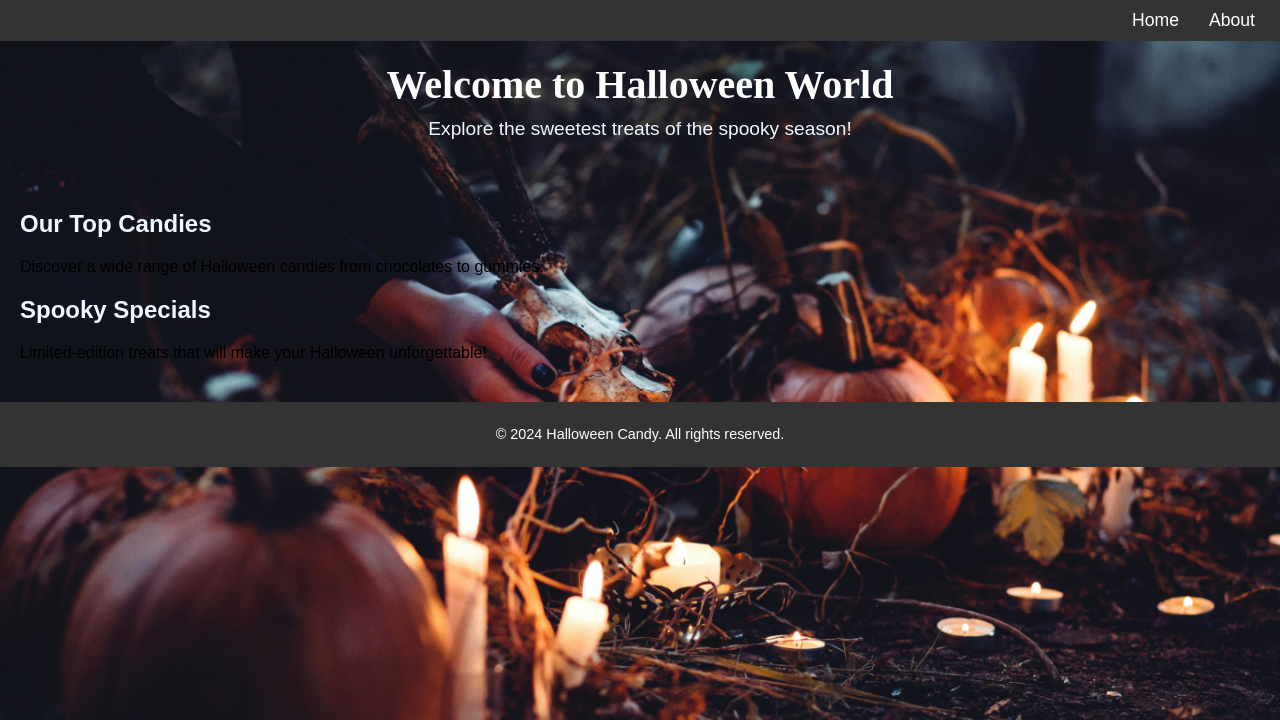
Repository: monicaifijeh/test2
Page: kyportfolio/src/indexHallo.html
The author's editor kept a copy of each file at every save. The page is drawn from the files as they stood at one save, then again after the next save.
The browser window is 1280 px wide. The pictures show the whole page.

Above is the page before, as saved 2024-12-20 17:35:30.

### kyportfolio/src/indexHallo.html
<!DOCTYPE html>
<html lang="en">
  <head>
    <meta charset="UTF-8" />
    <meta name="viewport" content="width=device-width, initial-scale=1.0" />
    <title>Halloween Candy</title>
    <link rel="stylesheet" href="kystyle.css" />
  </head>
  <body>
    <nav>
      <ul>
        <li><a href="indexHallo.html">Home</a></li>
        <li><a href="aboutHallo.html">About</a></li>
      </ul>
    </nav>
    <header>
      <h1>Welcome to Halloween World</h1>
      <p>Explore the sweetest treats of the spooky season!</p>
    </header>
    <main>
      <section class="intro">
        <h2>Our Top Candies</h2>
        <p>
          Discover a wide range of Halloween candies from chocolates to gummies.
        </p>
      </section>
      <section>
        <h2>Spooky Specials</h2>
        <p>
          Limited-edition treats that will make your Halloween unforgettable!
        </p>
      </section>
    </main>
    <footer>
      <p>&copy; 2024 Halloween Candy. All rights reserved.</p>
    </footer>
  </body>
</html>

### kyportfolio/src/kystyle.css
body {
    font-family: Arial, sans-serif;
    margin: 0;
    padding: 0;
background-image: url("/kyportfolio/images/freestocks-twVS-YjQn9Y-unsplash.jpg");
background-repeat: no-repeat;
background-size: cover;
}

header {
    text-align: center;
    padding: 20px;

}

header h1 {
    margin: 0;
    font-size: 2.5rem;
   color: #fff;
   font-family: fantasy;
}
h2{
    color: aliceblue;
    text-justify: auto;
}

header p {
    color: aliceblue;
    margin: 10px 0;
    font-size: 1.2rem;
}

nav ul {
    display: flex;
    justify-content: right;
    list-style: none;
    padding: 10px;
    background-color: #333;
    margin: 0;
}

nav ul li {
    margin: 0 15px;
}

nav ul li a {
    text-decoration: none;
    color: #fff;
    font-size: 1.1rem;
}

nav ul li a:hover {
    text-decoration: underline;
}

main {
    padding: 20px;
}

section {
    margin-bottom: 20px;
}

footer {
    position:relative;
    text-align: center;
    padding: 10px;
    background-color: #333;
    color: #fff;
    font-size: 0.9rem;

}

After the next save:
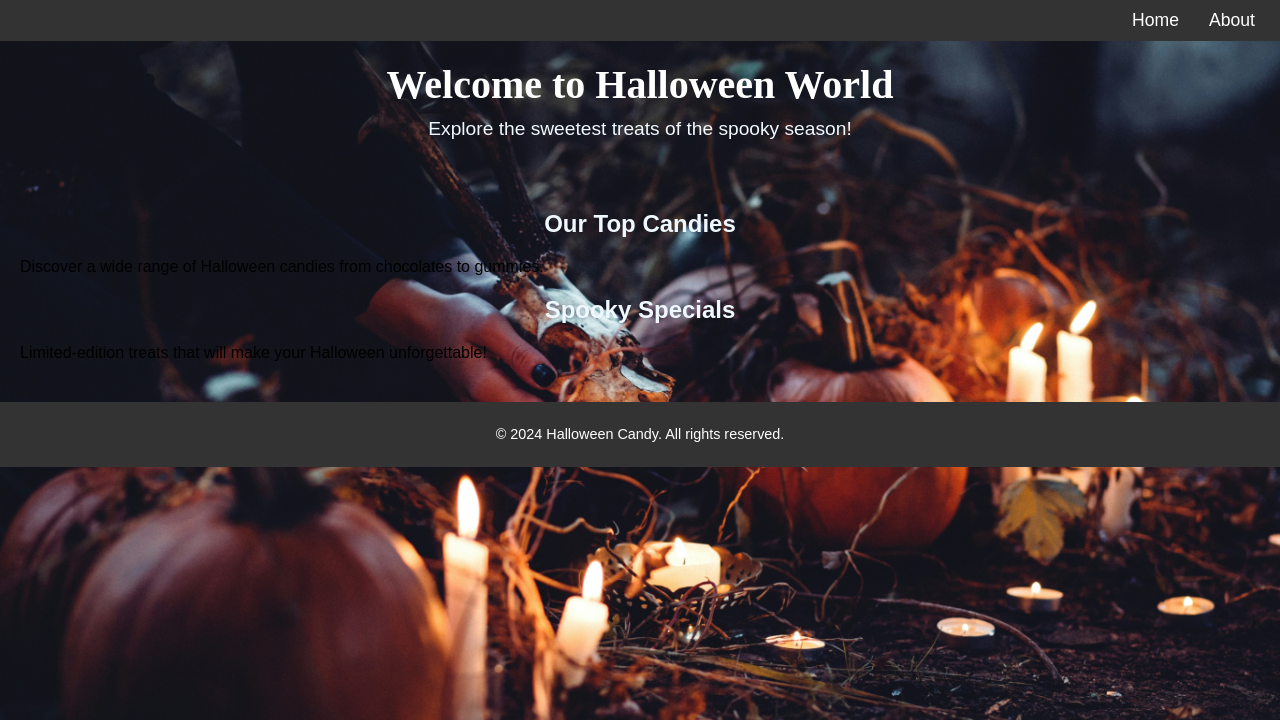
Saved 76 s later.
--- a/kyportfolio/src/kystyle.css
+++ b/kyportfolio/src/kystyle.css
@@ -21,7 +21,7 @@ header h1 {
 }
 h2{
     color: aliceblue;
-    text-justify: auto;
+    text-align: center;
 }
 
 header p {
